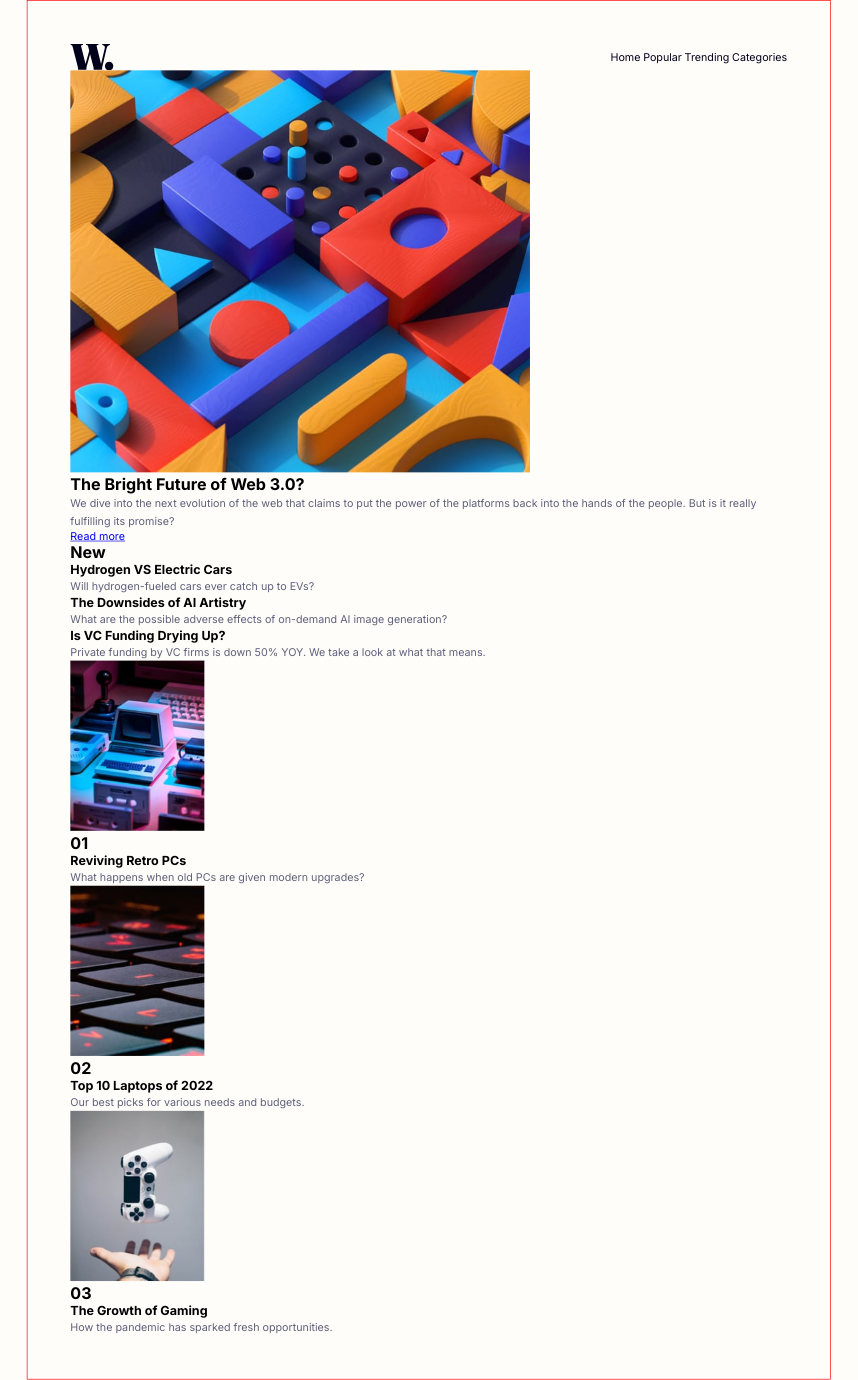
Repository: Arkitecth/news-webpage
Page: index.html
An editor plug-in stored every save of this project. The page is shown before and after the next save, followed by the edit.
The browser window is 1280 px wide. The pictures show the whole page, at 67% of full size.

Above is the page before, as saved 2023-06-07 19:52:23.

After the next save:
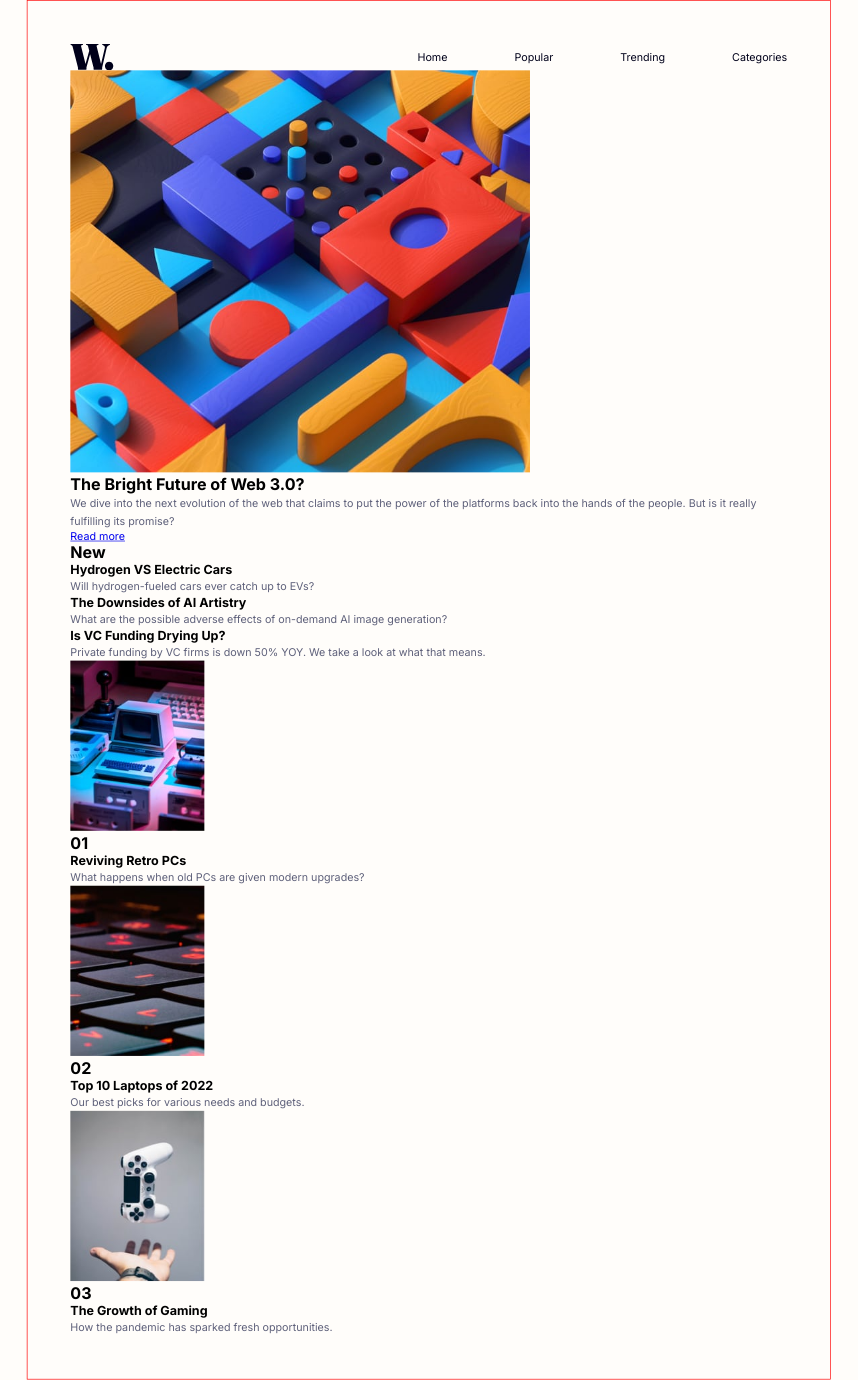
Saved 8 s later.
--- a/style.css
+++ b/style.css
@@ -59,5 +59,5 @@
 .menu-items {
     display: flex;
     justify-content: space-evenly;
-    gap: 4px;
+    gap: 100px;
 }
